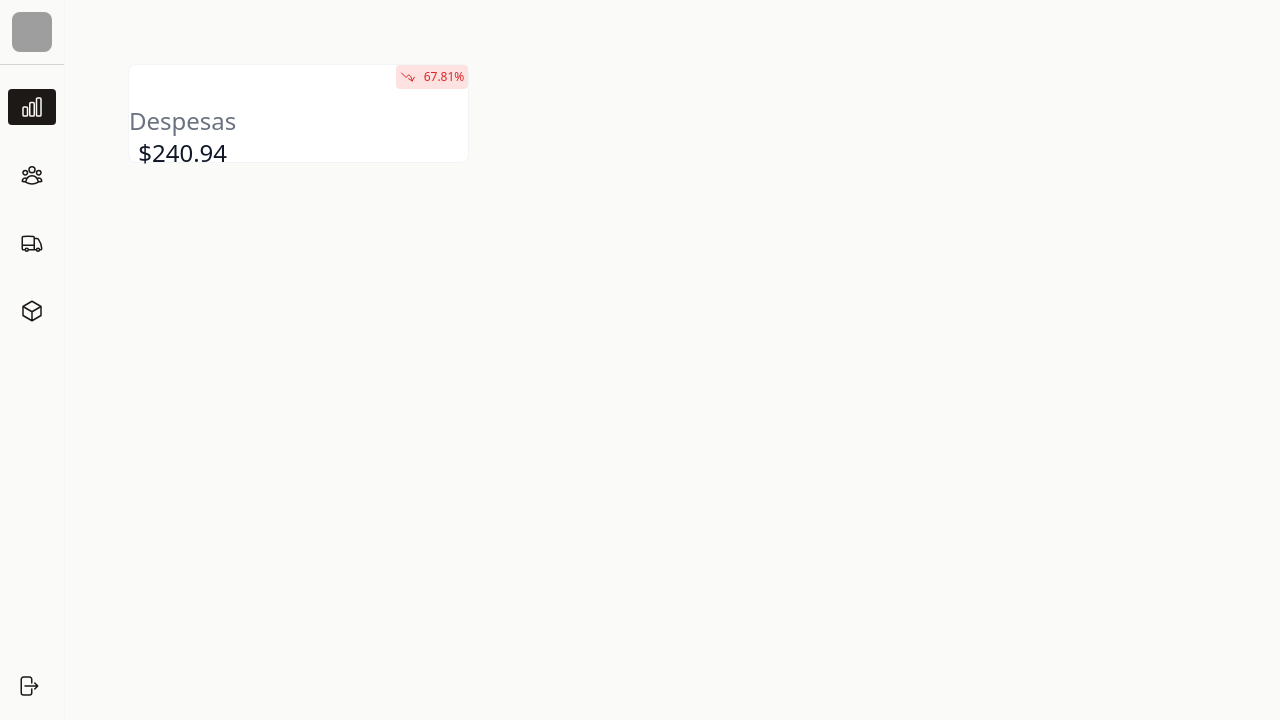
Repository: XavierOtavio/Cuzinhas
Page: /dashboard
An editor plug-in stored every save of this project. The page is shown before and after the next save, followed by the edit.
The browser window is 1280 px wide. The pictures show the whole page.
Pictures or frames that could not be fetched are drawn as grey boxes. The project was rebuilt for these pictures with package versions that can differ from the ones it lists, and the page was loaded fresh each time. Also part of the build but not shown: src/components/Orders.js, src/components/Employees.js, src/components/Login.js, src/components/Register.js, src/components/Home.js, src/components/Logotipo.js, src/components/Header.js, src/components/Footer.js and 1 more.

Above is the page before, as saved 2023-03-08 18:36:25.

### src/App.js
import { Route, Routes } from "react-router-dom";
import LayoutBackend from "./components/LayoutBackend";
import Dashboard from "./components/Dashboard";
import Orders from "./components/Orders";
import Employees from "./components/Employees";
import Login from "./components/Login";
import Register from "./components/Register";
import Home from "./components/Home";
import LayoutFront from "./components/LayoutFront";

function App() {
  return (
    <div className="App">
      <Routes>
        <Route path="/dashboard" element={<LayoutBackend />}>
          <Route path="" element={<Dashboard />} />
          <Route path="orders" element={<Orders />} />
          <Route path="employees" element={<Employees />} />
        </Route>
        <Route path="" element={<LayoutFront />}>
          <Route path="/" element={<Home />} />
        </Route>
        <Route path="/login" element={<Login />} />
        <Route path="/register" element={<Register />} />
      </Routes>
    </div>
  );
}

export default App;

### src/components/LayoutBackend.js
import React from "react";
import SideBar from "./SideBar";
import { Outlet } from "react-router-dom";

export default function LayoutBackend() {
  return (
    <>
      <div className="absolute h-screen w-screen">
        <SideBar />
        <div className="relative flex h-full items-center justify-center bg-stone-50">
          <Outlet />
        </div>
      </div>
    </>
  );
}

### src/components/Dashboard.js
import React from "react";
import {
  ArrowTrendingUpIcon,
  ArrowTrendingDownIcon,
} from "@heroicons/react/24/outline";

export default function Dashboard() {
  return (
    <div className="absolute inset-0 mx-32 my-16 grid grid-cols-12 grid-rows-6">
      <div className="row-start-1 row-end-2 col-start-1 col-end-5">
        <button class="flex flex-col gap-4 rounded-lg border border-gray-100 bg-white w-full h-full">
          <div class="inline-flex gap-2 self-end rounded bg-red-100 p-1 text-red-600">
            <ArrowTrendingDownIcon className="h-4 w-4" />

            <span class="text-xs font-medium"> 67.81% </span>
          </div>

          <div>
            <strong class="block text-left text-2xl font-medium text-gray-500">
              Despesas
            </strong>

            <p>
              <span class="text-2xl font-medium text-gray-900"> $240.94 </span>
            </p>
          </div>
        </button>
      </div>
    </div>
  );
}

### src/components/SideBar.js
import React from "react";
import { Link, useLocation } from "react-router-dom";
import {
  ArrowRightOnRectangleIcon,
  ChartBarIcon,
  CubeIcon,
  TruckIcon,
  UserGroupIcon,
} from "@heroicons/react/24/outline";

export default function SideBar() {
  const location = useLocation();
  return (
    <div className="absolute inset-y-0 left-0 z-10 w-16 shadow-sm bg-stone-50">
      <div>
        <div className="inline-flex h-16 w-16 items-center justify-center">
          <Link
            to="/profile"
            className="group relative flex justify-center rounded"
          >
            <img
              alt="user"
              className="rounded-lg h-10 w-10"
              src="https://cdn.discordapp.com/attachments/1082425024104894666/1082799435727253584/xSVMV6xD9Cf7K56wjeEF--1--2htnr.jpg"
            />
            <span className="absolute left-full text-left whitespace-nowrap top-1/2 ml-4 -translate-y-1/2 rounded bg-stone-900 px-2 py-1.5 text-xs font-medium text-stone-50 opacity-0 group-hover:opacity-100">
              Perfil <p className="font-light">Xavier Otávio</p>
            </span>
          </Link>
        </div>
        <div className="border-t border-stone-300">
          <nav aria-label="Main" className="flex flex-col p-2">
            <div className="py-4">
              <Link
                to="/dashboard"
                className={`group relative flex  justify-center rounded  px-2 py-1.5  ${
                  location.pathname === "/dashboard"
                    ? "bg-stone-900 text-stone-50"
                    : "bg-stone-50 text-stone-900"
                }`}
              >
                <ChartBarIcon className="h-6 w-6" />
                <span className="absolute left-full top-1/2 ml-4 -translate-y-1/2 rounded bg-stone-900 px-2 py-1.5 text-xs font-medium text-stone-50 opacity-0 group-hover:opacity-100">
                  Dashboard
                </span>
              </Link>
            </div>
            <div className="py-4">
              <Link
                to="/dashboard/employees"
                className={`group relative flex  justify-center rounded  px-2 py-1.5  ${
                  location.pathname === "/dashboard/employees"
                    ? "bg-stone-900 text-stone-50"
                    : "bg-stone-50 text-stone-900"
                }`}
              >
                <UserGroupIcon className="h-6 w-6" />
                <span className="absolute left-full top-1/2 ml-4 -translate-y-1/2 rounded bg-stone-900 px-2 py-1.5 text-xs font-medium text-stone-50 opacity-0 group-hover:opacity-100">
                  Empregados
                </span>
              </Link>
            </div>
            <div className="py-4">
              <Link
                to="/dashboard/orders"
                className={`group relative flex  justify-center rounded  px-2 py-1.5  ${
                  location.pathname === "/dashboard/orders"
                    ? "bg-stone-900 text-stone-50"
                    : "bg-stone-50 text-stone-900"
                }`}
              >
                <TruckIcon className="h-6 w-6" />
                <span className="absolute left-full top-1/2 ml-4 -translate-y-1/2 rounded bg-stone-900 px-2 py-1.5 text-xs font-medium text-stone-50 opacity-0 group-hover:opacity-100">
                  Encomendas
                </span>
              </Link>
            </div>
            <div className="py-4">
              <Link
                to="/dashboard/stock"
                className={`group relative flex  justify-center rounded  px-2 py-1.5  ${
                  location.pathname === "/dashboard/stock"
                    ? "bg-stone-900 text-stone-50"
                    : "bg-stone-50 text-stone-900"
                }`}
              >
                <CubeIcon className="h-6 w-6" />
                <span className="absolute left-full top-1/2 ml-4 -translate-y-1/2 rounded bg-stone-900 px-2 py-1.5 text-xs font-medium text-stone-50 opacity-0 group-hover:opacity-100">
                  Matérias-primas
                </span>
              </Link>
            </div>
            <div className="py-4 bottom-0 absolute">
              <Link
                to="/"
                className="group relative flex  justify-center rounded bg-stone-50 px-2 py-1.5 text-stone-900"
              >
                <ArrowRightOnRectangleIcon className="h-6 w-6" />
                <span className="absolute left-full top-1/2 ml-4 -translate-y-1/2 rounded bg-stone-900 px-2 py-1.5 text-xs font-medium text-stone-50 opacity-0 group-hover:opacity-100">
                  Sair
                </span>
              </Link>
            </div>
          </nav>
        </div>
      </div>
    </div>
  );
}

Loaded but not shown: public/index.html (common file); src/index.js (common file); src/index.css (common file); src/reportWebVitals.js (common file); tailwind.config.js (common file)

After the next save:
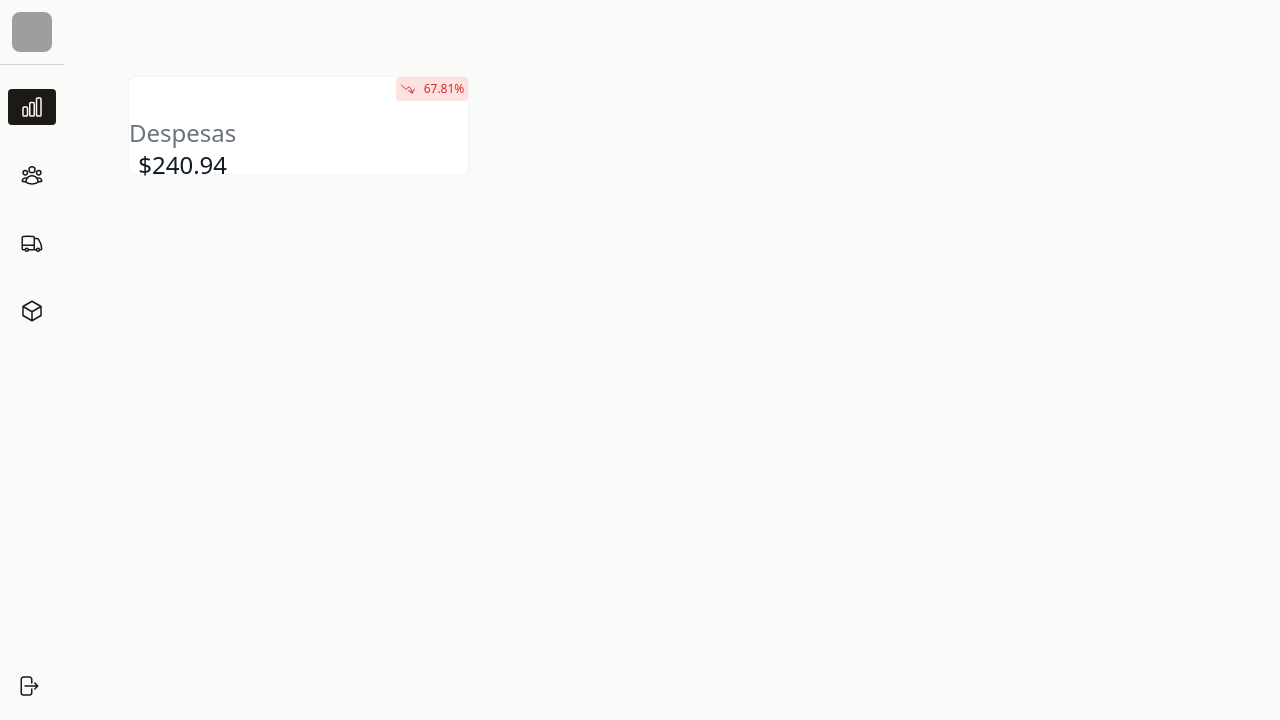
Saved 7 s later.
--- a/src/components/Dashboard.js
+++ b/src/components/Dashboard.js
@@ -8,7 +8,7 @@ export default function Dashboard() {
   return (
     <div className="absolute inset-0 mx-32 my-16 grid grid-cols-12 grid-rows-6">
       <div className="row-start-1 row-end-2 col-start-1 col-end-5">
-        <button class="flex flex-col gap-4 rounded-lg border border-gray-100 bg-white w-full h-full">
+        <button class="flex flex-col gap-4 rounded-lg border border-gray-100 bg-white w-full h-full my-3 ">
           <div class="inline-flex gap-2 self-end rounded bg-red-100 p-1 text-red-600">
             <ArrowTrendingDownIcon className="h-4 w-4" />
 
